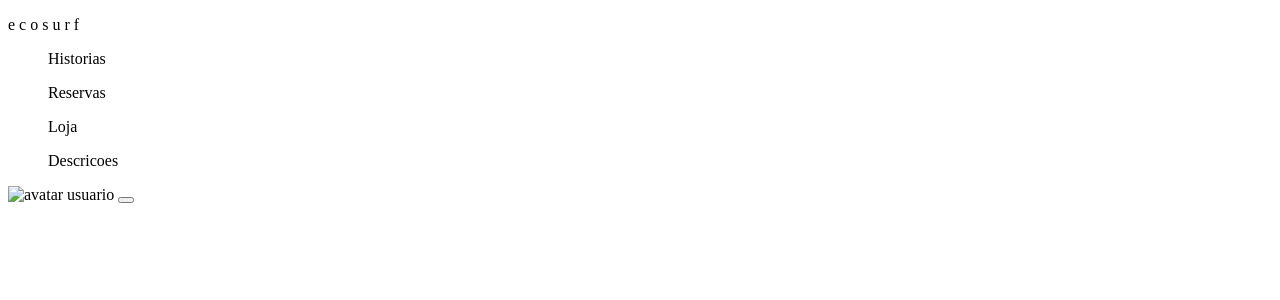
Repository: jorgprado/html-css-js
Page: blog-ecosurf/index.html
These files come from the project's save history. The page is drawn as it stood at one moment and after the next save; the edit follows.
The browser window is 1280 px wide. The pictures show the whole page.

Above is the page before, as saved 2023-05-15 21:09:23.

### blog-ecosurf/index.html
<!DOCTYPE html>
<html lang="pt-br">
<head>
    <meta charset="UTF-8">
    <meta http-equiv="X-UA-Compatible" content="IE=edge">
    <meta name="viewport" content="width=device-width, initial-scale=1.0">
    <title>Ecosurf</title>
</head>
<body>
    <main>
        <header>
            <p><span>e</span>
                <span>c</span>
                <span>o</span>
                <span>s</span>
                <span>u</span>
                <span>r</span>
                <span>f</span>
            </p>
            <menu>
                <p>Historias</p>
                <p>Reservas</p>
                <p>Loja</p>
                <p>Descricoes</p>
            </menu>
            <img src="#" alt="avatar usuario">
            <button></button>
        </header>


    </main>
</body>
</html>

After the next save:
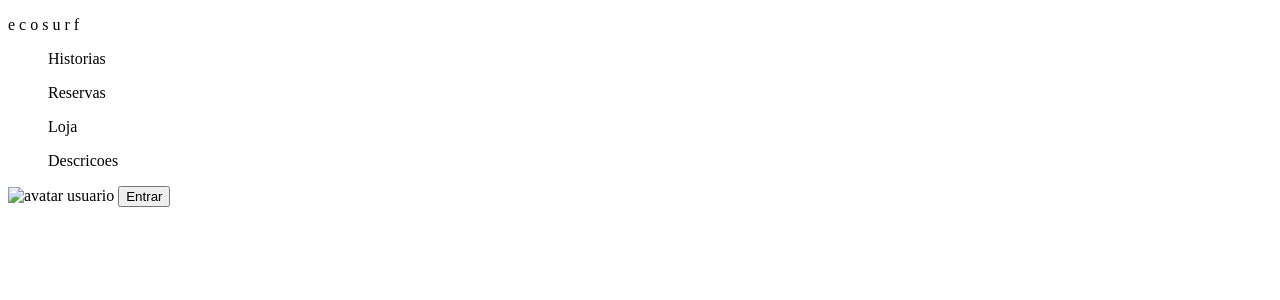
Saved 4 s later.
--- a/blog-ecosurf/index.html
+++ b/blog-ecosurf/index.html
@@ -24,7 +24,7 @@
                 <p>Descricoes</p>
             </menu>
             <img src="#" alt="avatar usuario">
-            <button></button>
+            <button>Entrar</button>
         </header>
 
 
